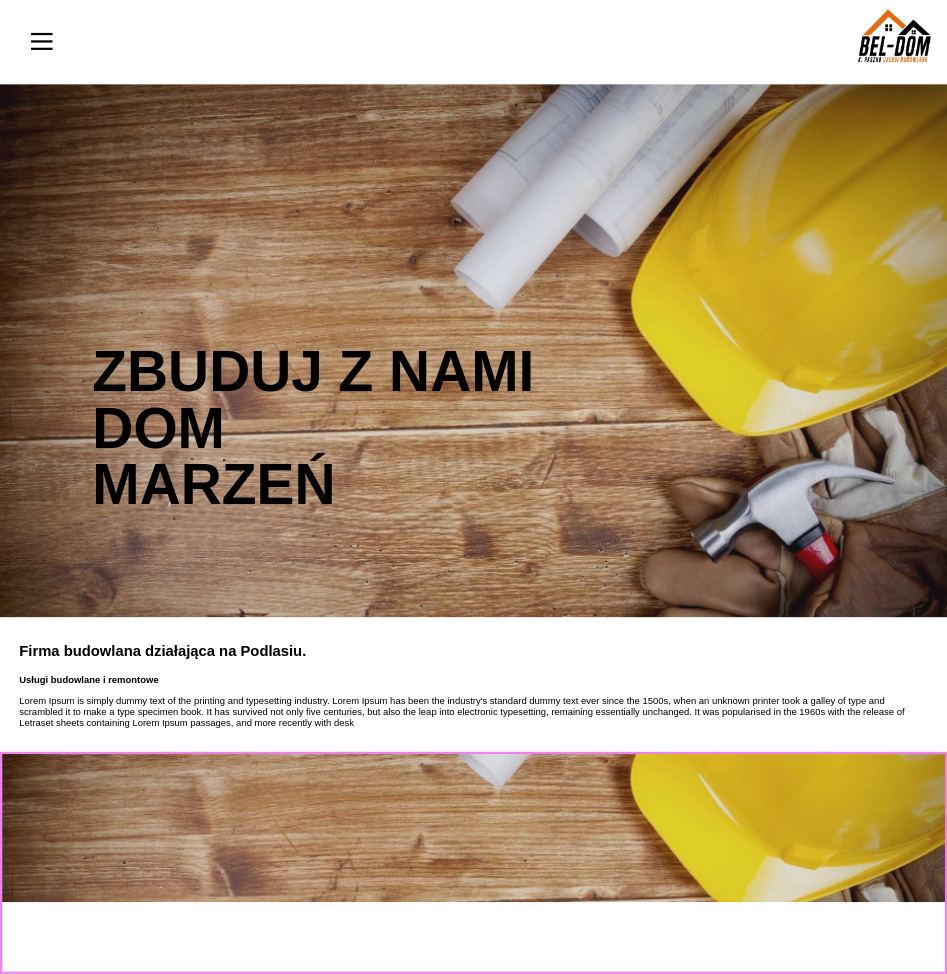
Repository: JakubPaszko2001/bel
Page: index.html
These files come from the project's save history. The page is drawn as it stood at one moment and after the next save; the edit follows.
The browser window is 1280 px wide. The pictures show the whole page, at 74% of full size.
Some web fonts or font styles are not loaded; a fallback is used.

Above is the page before, as saved 2022-01-05 22:48:52.

### index.html
<!DOCTYPE html>
<html lang="pl-PL">
<head>
    <meta charset="UTF-8">
    <meta http-equiv="X-UA-Compatible" content="IE=edge">
    <meta name="viewport" content="width=device-width, initial-scale=1.0">
    <title>BEL-DOM</title>
    <link rel="preconnect" href="https://fonts.googleapis.com">
    <link rel="preconnect" href="https://fonts.gstatic.com" crossorigin>
    <link href="https://fonts.googleapis.com/css2?family=Prompt:wght@300;400;700&display=swap" rel="stylesheet">
    <link rel="stylesheet" href="style.css">
</head>
<body>
<!-- HEADER -->
<header>
    <div class="container">
        <!-- SPAN -->
        <button class="hamburger">
            <span class="hamburger--menu">
                <span class="hamburger__inner"></span>
            </span>
        </button>
        <!-- LOGO -->
        <div class="header__logo">
            <img class="logo__pic" src="./images/logo.png" alt="logo">
        </div>
    </div>
</header>
<!-- MAIN -->
<main>
    <!-- NAV -->
    <div class="navigation">
        <ul class="navigation--list">
            <li class="navigation__item"><a href="#">jeden</a></li>
            <li class="navigation__item"><a href="#">dwa</a></li>
            <li class="navigation__item"><a href="#">trzy</a></li>
            <li class="navigation__item"><a href="#">cztery</a></li>
        </ul>
    </div>
    <!-- MAIN CONTAINER -->
    <div class="main__container">
        <div class="background__pic">
            <img src="./images/tlo1.png" alt="background">
        </div>
    <!-- TEXT ON IMG -->
    <h1 class="text">ZBUDUJ Z NAMI <br>DOM <br> MARZEŃ</h1>
    </div>
    <!-- TEXT -->
    <div class="main--text">
        <h1 class="main__text-h1">Firma budowlana działająca na Podlasiu.</h1>
        <h3 class="main__text-h3">Usługi budowlane i remontowe</h3>
        <h4 class="main__text-h4">Lorem Ipsum is simply dummy text of the printing and typesetting industry. Lorem Ipsum has been the industry's standard dummy text ever since the 1500s, when an unknown printer took a galley of type and scrambled it to make a type specimen book. It has survived not only five centuries, but also the leap into electronic typesetting, remaining essentially unchanged. It was popularised in the 1960s with the release of Letraset sheets containing Lorem Ipsum passages, and more recently with desk</h4>
    </div>
    <div class="main--photos">
        <img class="photo photo1" src="./images/tlo1.png" alt="photo1">
        <!-- <img class="photo photo2" src="./images/tlo1.png" alt="photo2"> -->
    </div>
</main>
<script src="./js/script.js" type="text/javascript"></script>
</body>
</html>

### style.css
:root {
    /* WEIGHT */
    --ww-bold: 700;
    --ww-normal: 400;
    --ww-small: 300;
    /* COLORS */
    --color-orange: #EB680D;
    --color-black: #000000;
    /* SPACING */
    --margin: 1.25em;
    --margin-left: 1.625em;
    /* FONT SIZE */
    --fs-12: 1.25em;
    --fs-10: 0.8em;

}
* {
    margin: 0;
    padding: 0;
    box-sizing: border-box;
    font-family: 'Prompt', sans-serif;}
img {
    width: 100%;
    object-fit: cover;
}
.logo__pic {
    width: 6.875em;
    height: 6.875em;
}
.container {
    display: flex;
    margin: 0 var(--margin);
    justify-content: space-between;
    align-items: center;
}
.hamburger {
    padding: var(--margin-left);
    display: inline-block;
    cursor: pointer;
    background: transparent;
    border: 0;
    margin: 0;
}
.hamburger--menu  {
    width: 2.1875em;
    height: var(--margin);
    display: inline-block;
    position: relative;
}
.hamburger__inner {
    z-index: 999;
    width: 100%;
    height: 3px;
    background-color: black;
    position: absolute;
    left: 0;
    top: 50%;
    transform: translateY(-50%);
    transition: background-color 0.1s 0.2s ease-in-out;
}
.hamburger__inner::before,
.hamburger__inner::after {
    content: '';
    width: 100%;
    height: 3px;
    background-color: var(--color-black);
    position: absolute;
    left: 0;
    transition: transform 0.2s 0.2s ease-in-out;

}
.hamburger__inner::before {
    /* transform: translateY(-10px); */
    top: -10px;
}
.hamburger__inner::after {
    /* transform: translateY(10px); */
    top: 10px;
}
.hamburger--active .hamburger__inner {
    background-color: transparent;
}
.hamburger--active .hamburger__inner::before {
    transform: translateY(10px) rotate(45deg);
    background-color: var(--color-orange);
}
.hamburger--active .hamburger__inner::after {
    transform: translateY(-10px) rotate(-45deg);
    background-color: var(--color-orange);
}
.navigation {
    position: absolute;
    top: 0;
    left: 0;
    width: 10.9375em;
    height: 100vh;
    background-color: var(--color-black);
    display: flex;
    flex-direction: column;
    align-items: center;
    transform: translateX(-200px);
    transition: transform 0.3s 0.1s ease-in-out;
    z-index: 100;
}
.navigation--active {
    transform: translateX(0px);
}
.navigation--list {
    list-style: none;
}
.navigation__item {
    margin-bottom: 2.5em;
}
li:first-child {
    margin-top: 9.375em;
}
a {
    text-decoration: none;
    color: var(--color-orange);
    font-size: var(--margin);
}
.main__container {
    position: relative;
    z-index: 1;
}
.text {
    position: absolute;
    bottom: 20%;
    margin-left: var(--margin-left);
    /* left: var(--margin); */
    /* border: springgreen solid; */
    line-height: 1em;
    font-size: 6vw;
    font-weight: var(--ww-bold);
}
.main--text {
    /* margin: 0 var(--margin); */
    margin: 0 var(--margin-left);
}
.main__text-h1 {
    margin-top: 1.5em;
    margin-bottom: 1.0em;
    font-size: var(--fs-12);
    font-weight: var(--ww-bold);

}
.main__text-h3 {
    font-size: var(--fs-10);
    font-weight: var(--ww-bold);
    margin-bottom: 1em;
}
.main__text-h4 {
    font-size: var(--fs-10);
    font-weight: var(--ww-normal);
}
.main--photos {
    width: 100%;
    height: 300px;
    border: violet solid;
    position: relative;

}
.main--photos {
    margin-top: 2rem;
    position: absolute;
    justify-content: center;
    align-items: center;
}
.photo {
    /* position: absolute; */
    /* margin-top: 2rem; */
    height: 200px;
}
.photo1 {
    z-index: 50;
    /* position: relative; */
}
.photo2 {
    position: relative;
}

### js/script.js
const hamburger = document.querySelector('.hamburger');
const Click = () => {
    hamburger.classList.toggle('hamburger--active');
}
hamburger.addEventListener('click',Click);

After the next save:
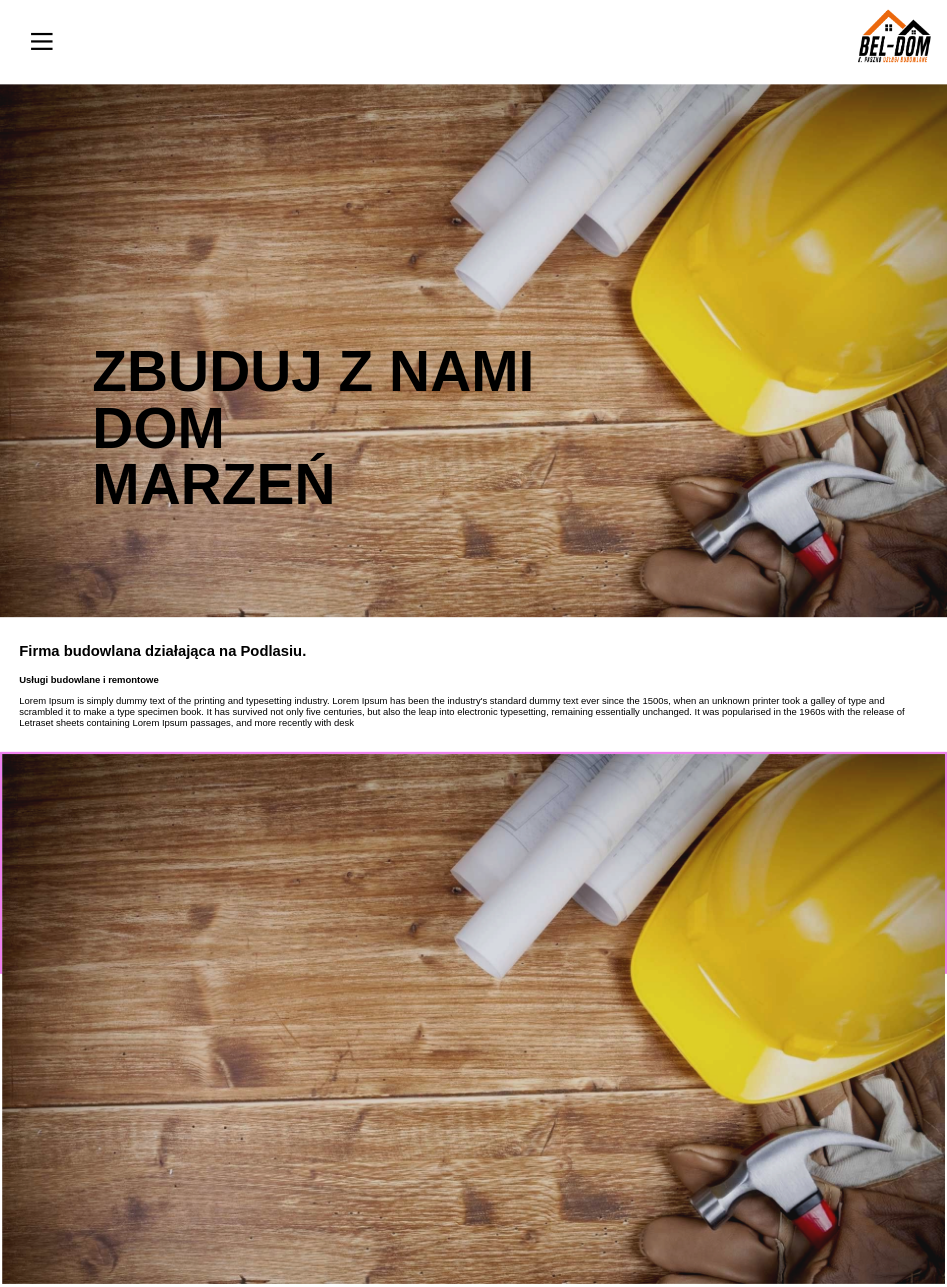
Saved 4 s later.
--- a/style.css
+++ b/style.css
@@ -166,15 +166,3 @@
     justify-content: center;
     align-items: center;
 }
-.photo {
-    /* position: absolute; */
-    /* margin-top: 2rem; */
-    height: 200px;
-}
-.photo1 {
-    z-index: 50;
-    /* position: relative; */
-}
-.photo2 {
-    position: relative;
-}
